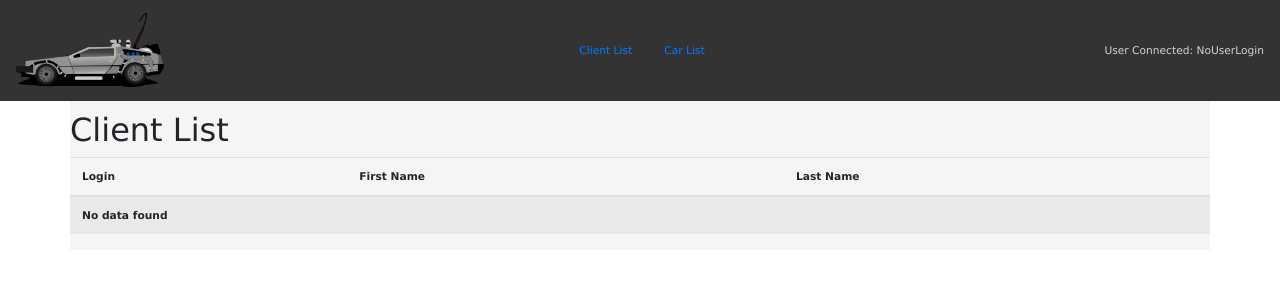
Repository: iamarnaud/tp_java_jee_CarRental
Page: http://localhost/VehicleRental/pages/clients.jsp
These files come from the project's save history. The page is drawn as it stood at one moment and after the next save; the edit follows.
The browser window is 1280 px wide. The pictures show the whole page.
The page is served by Tomcat 9. Queries for data that is not in the repository find no rows.

Above is the page before, as saved 2018-08-28 14:21:20.

After the next save:
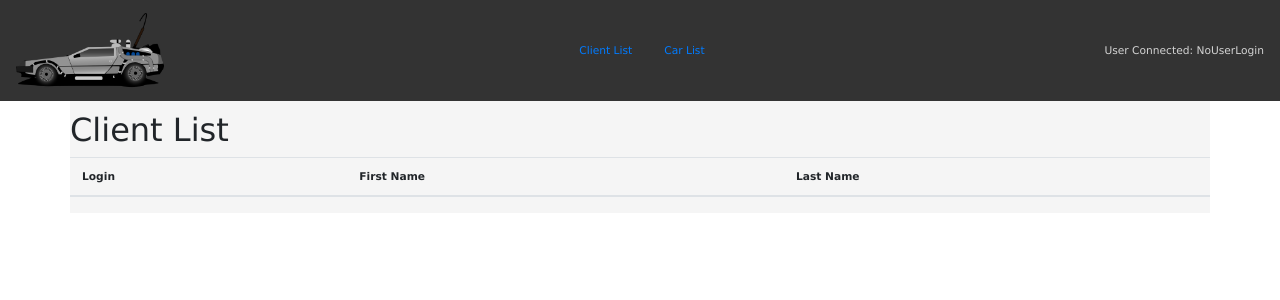
Saved 72 s later.
--- a/VehicleRental/WebContent/pages/clients.jsp
+++ b/VehicleRental/WebContent/pages/clients.jsp
@@ -50,9 +50,6 @@
 						<th>Last Name</th>
 					</tr>
 				</thead>
-				<tbody>
-
-				</tbody>
 			</table>
 		</div>
 	</div>

After the save that followed:
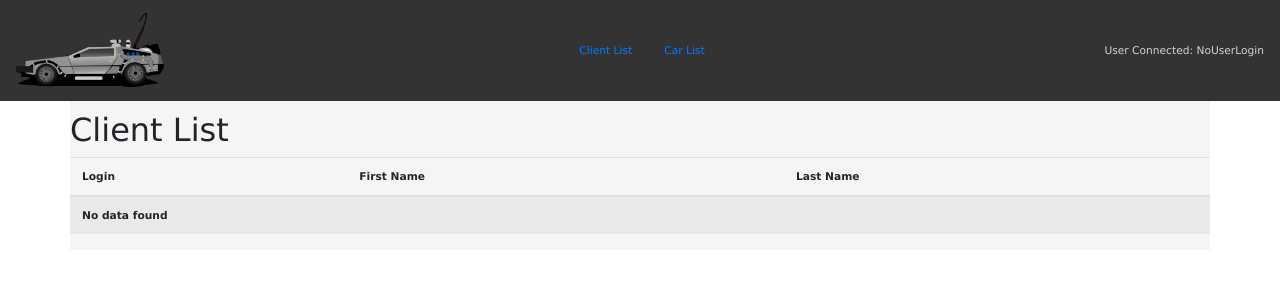
Saved 9 s later.
--- a/VehicleRental/WebContent/pages/clients.jsp
+++ b/VehicleRental/WebContent/pages/clients.jsp
@@ -50,6 +50,9 @@
 						<th>Last Name</th>
 					</tr>
 				</thead>
+				<tbody>
+
+				</tbody>
 			</table>
 		</div>
 	</div>
